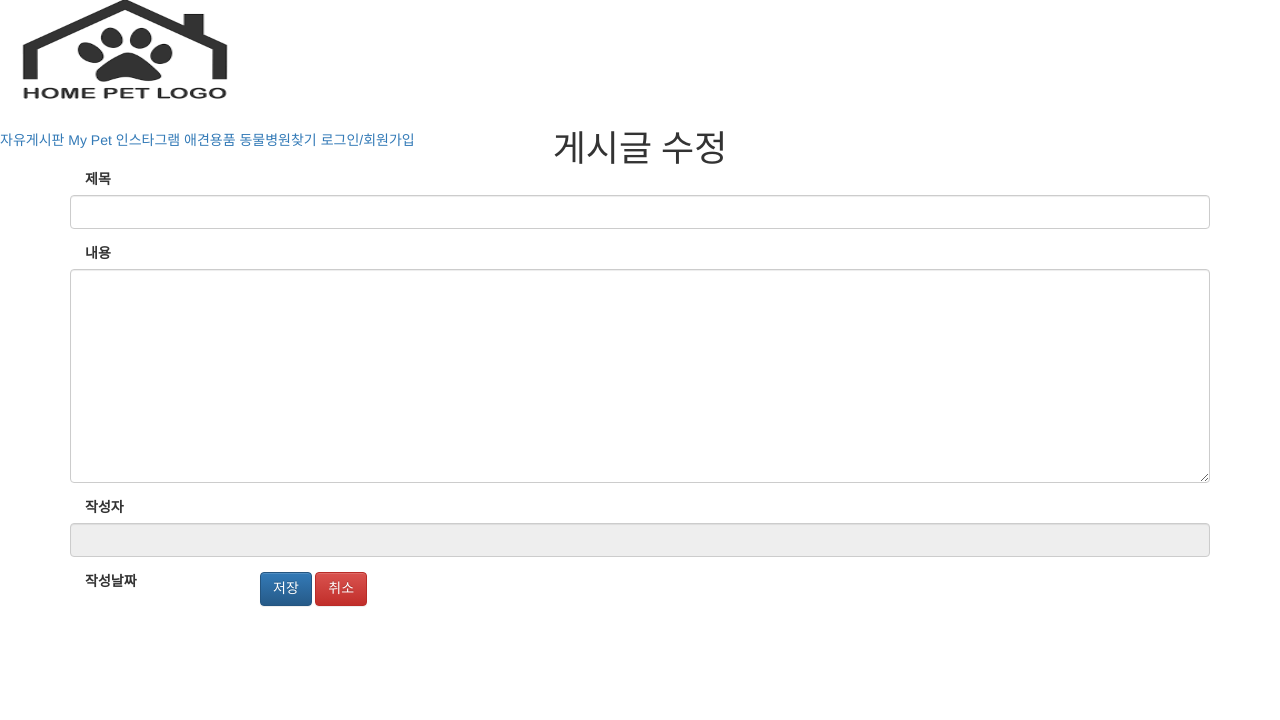
Repository: web1p1/pet
Page: http://localhost/Pet/WEB-INF/views/board/updateView.jsp
The author's editor kept a copy of each file at every save. The page is drawn from the files as they stood at one save, then again after the next save.
The browser window is 1280 px wide. The pictures show the whole page.
Some web fonts or font styles are not loaded; a fallback is used. Some web libraries are served in a nearby version. The page is served by Tomcat 9. Nobody is signed in. The template is opened directly, without the code that normally fills it, so the values that code supplies are empty.

Above is the page before, as saved 2023-07-20 04:51:26.

After the next save:
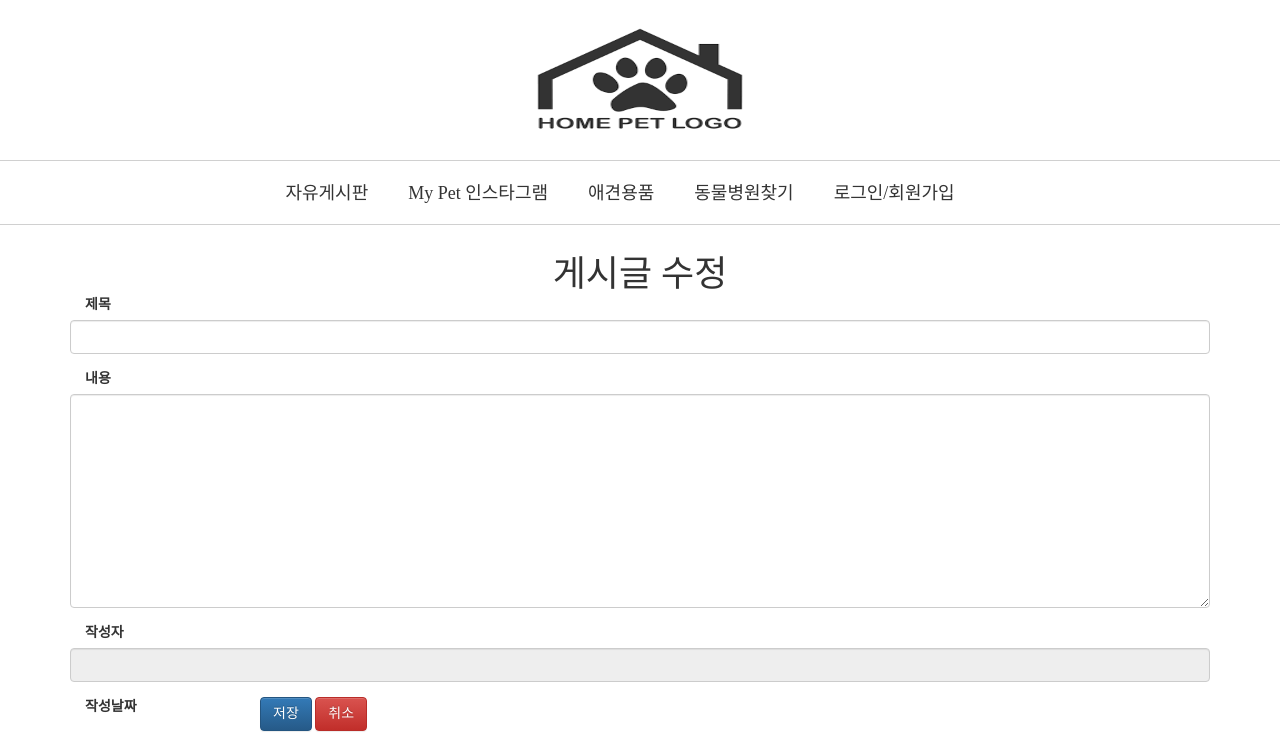
Saved 55 s later.
--- a/pet/Pet/src/main/webapp/WEB-INF/views/index.jsp
+++ b/pet/Pet/src/main/webapp/WEB-INF/views/index.jsp
@@ -5,7 +5,7 @@
 	<title>Home</title>
 	<%@ taglib prefix="c" uri="http://java.sun.com/jsp/jstl/core" %>
     <%@ taglib prefix="fn" uri="http://java.sun.com/jsp/jstl/functions" %>
-
+    <link href="${pageContext.request.contextPath}/resources/css/main.css" rel="stylesheet">
 </head>
 
 <body>
